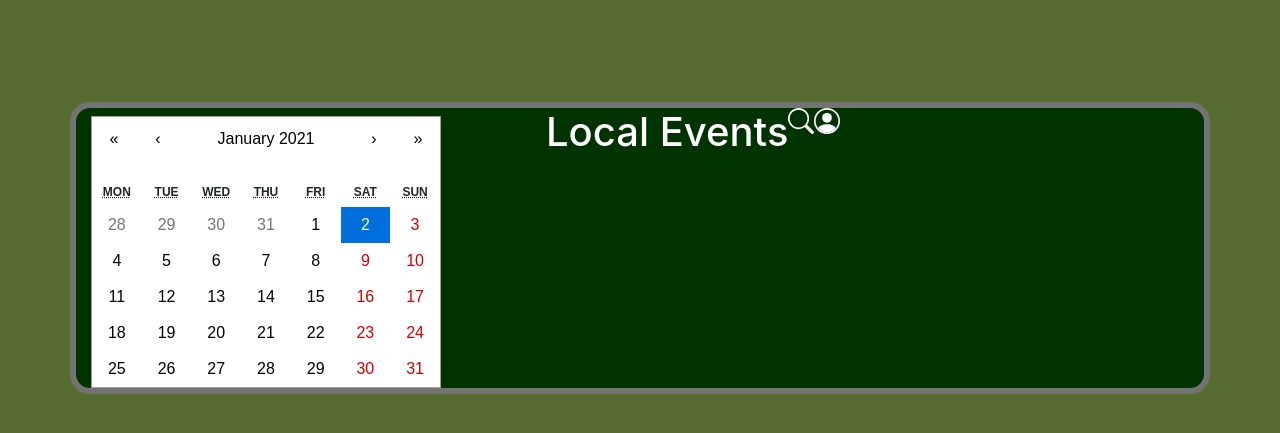
Repository: lalji-yadav/Calendar-code
Page: /
These files come from the project's save history. The page is drawn as it stood at one moment and after the next save; the edit follows.
The browser window is 1280 px wide. The pictures show the whole page.
The project was rebuilt for these pictures with package versions that can differ from the ones it lists, and the page was loaded fresh each time. Also part of the build but not shown: src/App.css.

Above is the page before, as saved 2021-01-03 13:28:22.

After the next save:
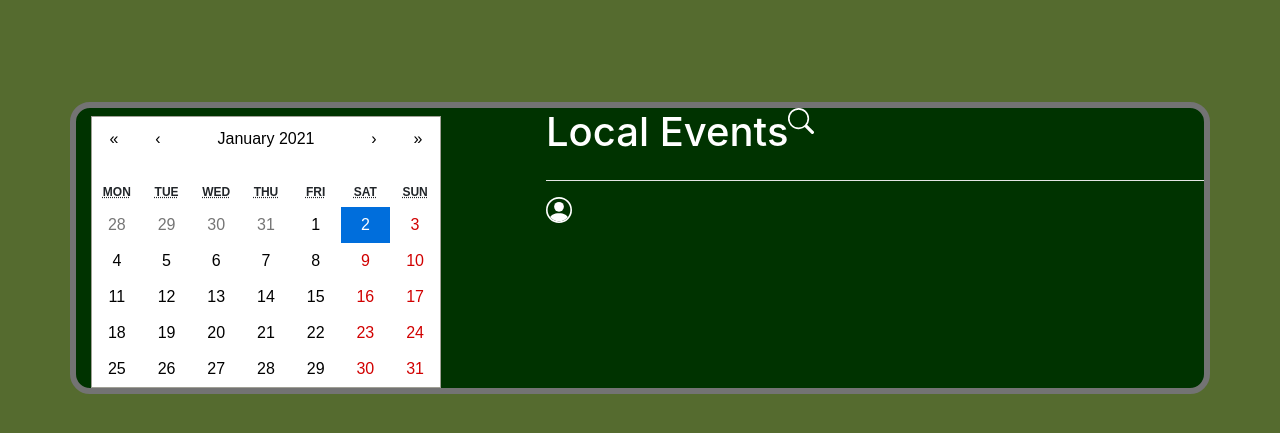
Saved 100 s later.
--- a/src/calendar/Home.js
+++ b/src/calendar/Home.js
@@ -14,9 +14,11 @@ function Home() {
           <div className="col-sm-7">
             <div className="row">
               <h1 style={{color:"white"}}>Local Events </h1>
-              <svg xmlns="http://www.w3.org/2000/svg" width="26" height="26" fill="white" class="bi bi-search" viewBox="0 0 16 16">
-  <path d="M11.742 10.344a6.5 6.5 0 1 0-1.397 1.398h-.001c.03.04.062.078.098.115l3.85 3.85a1 1 0 0 0 1.415-1.414l-3.85-3.85a1.007 1.007 0 0 0-.115-.1zM12 6.5a5.5 5.5 0 1 1-11 0 5.5 5.5 0 0 1 11 0z"/>
-</svg>
+               <svg xmlns="http://www.w3.org/2000/svg" width="26" height="26" fill="white" class="bi bi-search" viewBox="0 0 16 16">
+               <path d="M11.742 10.344a6.5 6.5 0 1 0-1.397 1.398h-.001c.03.04.062.078.098.115l3.85 3.85a1 1 0 0 0 1.415-1.414l-3.85-3.85a1.007 1.007 0 0 0-.115-.1zM12 6.5a5.5 5.5 0 1 1-11 0 5.5 5.5 0 0 1 11 0z"/>
+               </svg>
+
+               <hr />
 
               <svg xmlns="http://www.w3.org/2000/svg" width="26" height="26" fill="white" class="bi bi-person-circle" viewBox="0 0 16 16">
   <path d="M13.468 12.37C12.758 11.226 11.195 10 8 10s-4.757 1.225-5.468 2.37A6.987 6.987 0 0 0 8 15a6.987 6.987 0 0 0 5.468-2.63z"/>
